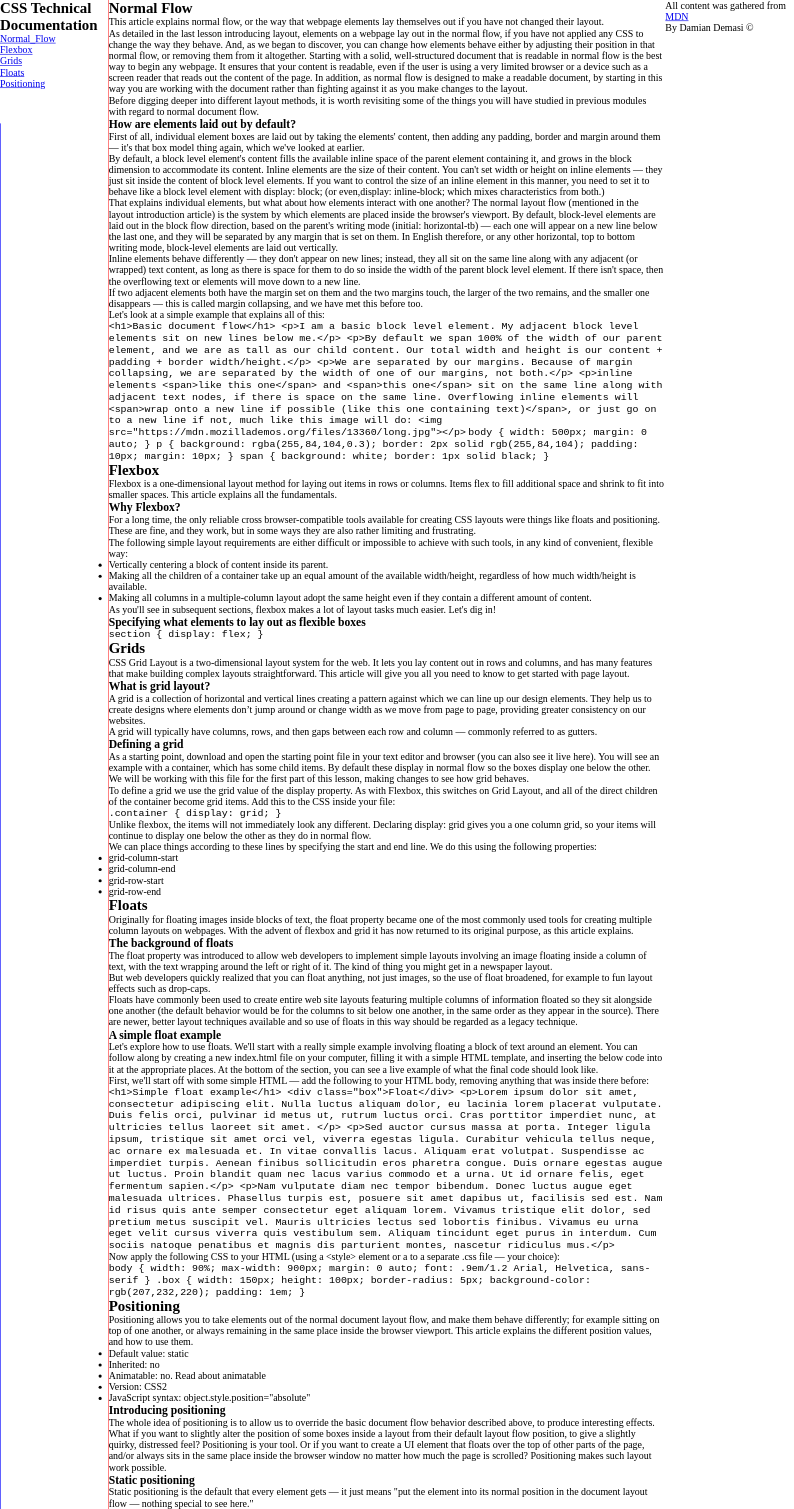
Repository: Colo-Codes/freecodecamp-04-Technical-Documentation-Page
Page: index.html
The author's editor kept a copy of each file at every save. The page is drawn from the files as they stood at one save, then again after the next save.
The browser window is 1280 px wide. The pictures show the whole page, at 62% of full size.

Above is the page before, as saved 2021-05-21 11:41:55.

### index.html
<!DOCTYPE html>
<html lang="en">

<head>
    <meta charset="UTF-8">
    <meta http-equiv="X-UA-Compatible" content="IE=edge">
    <meta name="viewport" content="width=device-width, initial-scale=1.0">
    <link rel="stylesheet" href="./resources/css/index.css" type="text/css">
    <title>Technical Documentation Page</title>
</head>

<body>
    <div id="navbar-margin"></div>
    <header id="navbar-block">
        <nav id="navbar">
            <!-- On the left of screen, fixed (visible) -->
            <header>
                <h1>CSS Technical Documentation</h1>
            </header>
            <ul>
                <li><a href="#Normal_Flow" class="nav-link">Normal_Flow</a></li>
                <li><a href="#Flexbox" class="nav-link">Flexbox</a></li>
                <li><a href="#Grids" class="nav-link">Grids</a></li>
                <li><a href="#Floats" class="nav-link">Floats</a></li>
                <li><a href="#Positioning" class="nav-link">Positioning</a></li>
            </ul>
        </nav>
    </header>
    <main id="main-doc">
        <section class="main-section" id="Normal_Flow">
            <header>
                <h2>Normal Flow</h2>
            </header>
            <p>This article explains normal flow, or the way that webpage elements lay themselves out if you have not
                changed their
                layout.</p>
            <p>As detailed in the last lesson introducing layout, elements on a webpage lay out in the normal flow, if
                you have not
                applied any CSS to change the way they behave. And, as we began to discover, you can change how elements
                behave
                either by adjusting their position in that normal flow, or removing them from it altogether. Starting
                with a solid,
                well-structured document that is readable in normal flow is the best way to begin any webpage. It
                ensures that your
                content is readable, even if the user is using a very limited browser or a device such as a screen
                reader that reads
                out the content of the page. In addition, as normal flow is designed to make a readable document, by
                starting in
                this way you are working with the document rather than fighting against it as you make changes to the
                layout.</p>
            <p>Before digging deeper into different layout methods, it is worth revisiting some of the things you will
                have studied
                in previous modules with regard to normal document flow.</p>
            <h3>How are elements laid out by default?</h3>
            <p>First of all, individual element boxes are laid out by taking the elements' content, then adding any
                padding, border
                and margin around them — it's that box model thing again, which we've looked at earlier.
            </p>
            <p>By default, a block level element's content fills the available inline space of the parent element
                containing it,
                and grows in the block dimension to accommodate its content. Inline elements are the size of their
                content. You
                can't set width or height on inline elements — they just sit inside the content of block level elements.
                If you want
                to control the size of an inline element in this manner, you need to set it to behave like a block level
                element
                with display: block; (or even,display: inline-block; which mixes characteristics from both.)
            </p>
            <p>That explains individual elements, but what about how elements interact with one another? The normal
                layout flow
                (mentioned in the layout introduction article) is the system by which elements are placed inside the
                browser's
                viewport. By default, block-level elements are laid out in the block flow direction, based on the
                parent's writing
                mode (initial: horizontal-tb) — each one will appear on a new line below the last one, and they will be
                separated by
                any margin that is set on them. In English therefore, or any other horizontal, top to bottom writing
                mode,
                block-level elements are laid out vertically.
            </p>
            <p>Inline elements behave differently — they don't appear on new lines; instead, they all sit on the same
                line along
                with any adjacent (or wrapped) text content, as long as there is space for them to do so inside the
                width of the
                parent block level element. If there isn't space, then the overflowing text or elements will move down
                to a new
                line.
            </p>
            <p>If two adjacent elements both have the margin set on them and the two margins touch, the larger of the
                two remains,
                and the smaller one disappears — this is called margin collapsing, and we have met this before too.</p>
            <p>Let's look at a simple example that explains all of this:</p>
            <code>&lt;h1&gt;Basic document flow&lt;/h1&gt;

                &lt;p&gt;I am a basic block level element. My adjacent block level elements sit on new lines below me.&lt;/p&gt;

                &lt;p&gt;By default we span 100% of the width of our parent element, and we are as tall as our child content. Our total width and height is our content + padding + border width/height.&lt;/p&gt;

                &lt;p&gt;We are separated by our margins. Because of margin collapsing, we are separated by the width of one of our margins, not both.&lt;/p&gt;

                &lt;p&gt;inline elements &lt;span&gt;like this one&lt;/span&gt; and &lt;span&gt;this one&lt;/span&gt; sit on the same line along with adjacent text nodes, if there is space on the same line. Overflowing inline elements will &lt;span&gt;wrap onto a new line if possible (like this one containing text)&lt;/span&gt;, or just go on to a new line if not, much like this image will do: &lt;img src="https://mdn.mozillademos.org/files/13360/long.jpg"&gt;&lt;/p&gt;</code>
            <code>body {
                width: 500px;
                margin: 0 auto;
              }

              p {
                background: rgba(255,84,104,0.3);
                border: 2px solid rgb(255,84,104);
                padding: 10px;
                margin: 10px;
              }

              span {
                background: white;
                border: 1px solid black;
              }</code>


        </section>

        <section class="main-section" id="Flexbox">
            <header>
                <h2>Flexbox</h2>
            </header>
            <p>Flexbox is a one-dimensional layout method for laying out items in rows or columns. Items flex to fill
                additional space and shrink to fit into smaller spaces. This article explains all the fundamentals.</p>
            <h3>Why Flexbox?</h3>
            <p>For a long time, the only reliable cross browser-compatible tools available for creating CSS layouts were
                things like floats and positioning. These are fine, and they work, but in some ways they are also rather
                limiting and frustrating.</p>
            <p>The following simple layout requirements are either difficult or impossible to achieve with such tools,
                in any kind of convenient, flexible way:</p>
            <ul>
                <li>Vertically centering a block of content inside its parent.</li>
                <li>Making all the children of a container take up an equal amount of the available width/height,
                    regardless of how much width/height is available.</li>
                <li>Making all columns in a multiple-column layout adopt the same height even if they contain a
                    different amount of content.</li>
            </ul>
            <p>As you'll see in subsequent sections, flexbox makes a lot of layout tasks much easier. Let's dig in!</p>
            <h3>Specifying what elements to lay out as flexible boxes</h3>
            <code>section {
                display: flex;
              }</code>


        </section>

        <section class="main-section" id="Grids">
            <header>
                <h2>Grids</h2>
            </header>
            <p>CSS Grid Layout is a two-dimensional layout system for the web. It lets you lay content out in rows and
                columns, and has many features that make building complex layouts straightforward. This article will
                give you all you need to know to get started with page layout.</p>
            <h3>What is grid layout?</h3>
            <p>A grid is a collection of horizontal and vertical lines creating a pattern against which we can line up
                our design elements. They help us to create designs where elements don’t jump around or change width as
                we move from page to page, providing greater consistency on our websites.</p>
            <p>A grid will typically have columns, rows, and then gaps between each row and column — commonly referred
                to as gutters.</p>
            <h3>Defining a grid</h3>
            <p>As a starting point, download and open the starting point file in your text editor and browser (you can
                also see it live here). You will see an example with a container, which has some child items. By default
                these display in normal flow so the boxes display one below the other. We will be working with this file
                for the first part of this lesson, making changes to see how grid behaves.</p>
            <p>To define a grid we use the grid value of the display property. As with Flexbox, this switches on Grid
                Layout, and all of the direct children of the container become grid items. Add this to the CSS inside
                your file:</p>
            <code>.container {
                display: grid;
            }</code>
            <p>Unlike flexbox, the items will not immediately look any different. Declaring display: grid gives you a
                one column grid, so your items will continue to display one below the other as they do in normal flow.
            </p>
            <p>We can place things according to these lines by specifying the start and end line. We do this using the
                following properties:</p>
            <ul>
                <li>grid-column-start</li>
                <li>grid-column-end</li>
                <li>grid-row-start</li>
                <li>grid-row-end</li>
            </ul>

        </section>

        <section class="main-section" id="Floats">
            <header>
                <h2>Floats</h2>
            </header>
            <p>Originally for floating images inside blocks of text, the float property became one of the most commonly
                used tools for creating multiple column layouts on webpages. With the advent of flexbox and grid it has
                now returned to its original purpose, as this article explains.</p>
            <h3>The background of floats</h3>
            <p>The float property was introduced to allow web developers to implement simple layouts involving an image
                floating inside a column of text, with the text wrapping around the left or right of it. The kind of
                thing you might get in a newspaper layout.</p>
            <p>But web developers quickly realized that you can float anything, not just images, so the use of float
                broadened, for example to fun layout effects such as drop-caps.</p>
            <p>Floats have commonly been used to create entire web site layouts featuring multiple columns of
                information floated so they sit alongside one another (the default behavior would be for the columns to
                sit below one another, in the same order as they appear in the source). There are newer, better layout
                techniques available and so use of floats in this way should be regarded as a legacy technique.</p>
            <h3>A simple float example</h3>
            <p>Let's explore how to use floats. We'll start with a really simple example involving floating a block of
                text around an element. You can follow along by creating a new index.html file on your computer, filling
                it with a simple HTML template, and inserting the below code into it at the appropriate places. At the
                bottom of the section, you can see a live example of what the final code should look like.</p>
            <p>First, we'll start off with some simple HTML — add the following to your HTML body, removing anything
                that was inside there before:</p>
            <code>&lt;h1&gt;Simple float example&lt;/h1&gt;

                &lt;div class="box"&gt;Float&lt;/div&gt;

                &lt;p&gt;Lorem ipsum dolor sit amet, consectetur adipiscing elit. Nulla luctus aliquam dolor, eu lacinia lorem placerat vulputate. Duis felis orci, pulvinar id metus ut, rutrum luctus orci. Cras porttitor imperdiet nunc, at ultricies tellus laoreet sit amet. &lt;/p&gt;

                &lt;p&gt;Sed auctor cursus massa at porta. Integer ligula ipsum, tristique sit amet orci vel, viverra egestas ligula. Curabitur vehicula tellus neque, ac ornare ex malesuada et. In vitae convallis lacus. Aliquam erat volutpat. Suspendisse ac imperdiet turpis. Aenean finibus sollicitudin eros pharetra congue. Duis ornare egestas augue ut luctus. Proin blandit quam nec lacus varius commodo et a urna. Ut id ornare felis, eget fermentum sapien.&lt;/p&gt;

                &lt;p&gt;Nam vulputate diam nec tempor bibendum. Donec luctus augue eget malesuada ultrices. Phasellus turpis est, posuere sit amet dapibus ut, facilisis sed est. Nam id risus quis ante semper consectetur eget aliquam lorem. Vivamus tristique elit dolor, sed pretium metus suscipit vel. Mauris ultricies lectus sed lobortis finibus. Vivamus eu urna eget velit cursus viverra quis vestibulum sem. Aliquam tincidunt eget purus in interdum. Cum sociis natoque penatibus et magnis dis parturient montes, nascetur ridiculus mus.&lt;/p&gt;
            </code>
            <p>Now apply the following CSS to your HTML (using a &lt;style&gt; element or a
                <link> to a separate .css file — your choice):
            </p>
            <code>
                body {
                    width: 90%;
                    max-width: 900px;
                    margin: 0 auto;
                    font: .9em/1.2 Arial, Helvetica, sans-serif
                  }

                  .box {
                    width: 150px;
                    height: 100px;
                    border-radius: 5px;
                    background-color: rgb(207,232,220);
                    padding: 1em;
                  }
                </code>

        </section>

        <section class="main-section" id="Positioning">
            <header>
                <h2>Positioning</h2>
            </header>
            <p>Positioning allows you to take elements out of the normal document layout flow, and make them behave
                differently; for example sitting on top of one another, or always remaining in the same place inside the
                browser viewport. This article explains the different position values, and how to use them.</p>
            <ul>
                <li>Default value: static</li>
                <li>Inherited: no</li>
                <li>Animatable: no. Read about animatable</li>
                <li>Version: CSS2</li>
                <li>JavaScript syntax: object.style.position="absolute"</li>
            </ul>
            <h3>Introducing positioning</h3>
            <p>The whole idea of positioning is to allow us to override the basic document flow behavior described
                above, to produce interesting effects. What if you want to slightly alter the position of some boxes
                inside a layout from their default layout flow position, to give a slightly quirky, distressed feel?
                Positioning is your tool. Or if you want to create a UI element that floats over the top of other parts
                of the page, and/or always sits in the same place inside the browser window no matter how much the page
                is scrolled? Positioning makes such layout work possible.</p>
            <h3>Static positioning</h3>
            <p>Static positioning is the default that every element gets — it just means "put the element into its
                normal position in the document layout flow — nothing special to see here."</p>
        </section>
    </main>
    <footer>
        <p>All content was gathered from <a href="https://developer.mozilla.org/en-US/docs/Learn/CSS/CSS_layout" target="_blank">MDN</a></p>
        By Damian Demasi &copy;
    </footer>
</body>

</html>

### resources/css/index.css
/* TODO - My Technical Documentation page should use at least one media query. */

/* Reset */
html {
    box-sizing: border-box;
    font-size: 16px;
}

*, *:before, *:after {
    box-sizing: inherit;
    margin: 0;
    padding: 0;
}

body {
    position: relative;
    display: flex;
    /* flex-flow: wrap; */
}
#navbar-margin {
    margin-top: 200px;
    outline: 1px solid blue;

}
#navbar-block {
    position: sticky;
    top: 20px;
    outline: 1px solid red;
    width: 200px;
}

#Flexbox {
    position: sticky;
    top: 20px;

}

#Grids {
    position: sticky;
    top: 20px;
}

main {
    width: 80%;
}

After the next save:
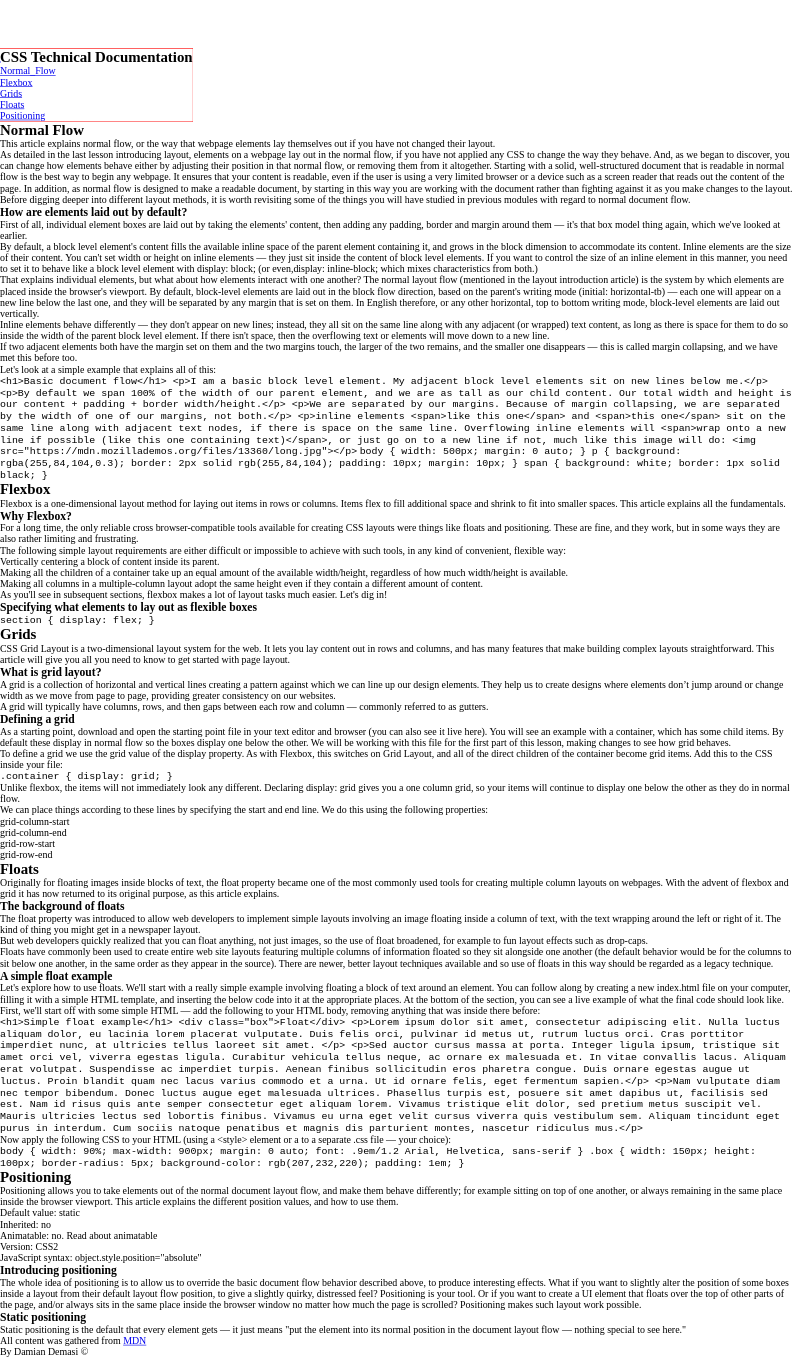
Saved 16 s later.
--- a/resources/css/index.css
+++ b/resources/css/index.css
@@ -15,10 +15,12 @@ html {
 body {
     position: relative;
     display: flex;
-    /* flex-flow: wrap; */
+    flex-flow: wrap;
+    /* align-items: flex-start; */
+    align-items: baseline;
 }
 #navbar-margin {
-    margin-top: 200px;
+    margin-top: 100px;
     outline: 1px solid blue;
 
 }
@@ -26,7 +28,6 @@ body {
     position: sticky;
     top: 20px;
     outline: 1px solid red;
-    width: 200px;
 }
 
 #Flexbox {
@@ -39,7 +40,3 @@ body {
     position: sticky;
     top: 20px;
 }
-
-main {
-    width: 80%;
-}
